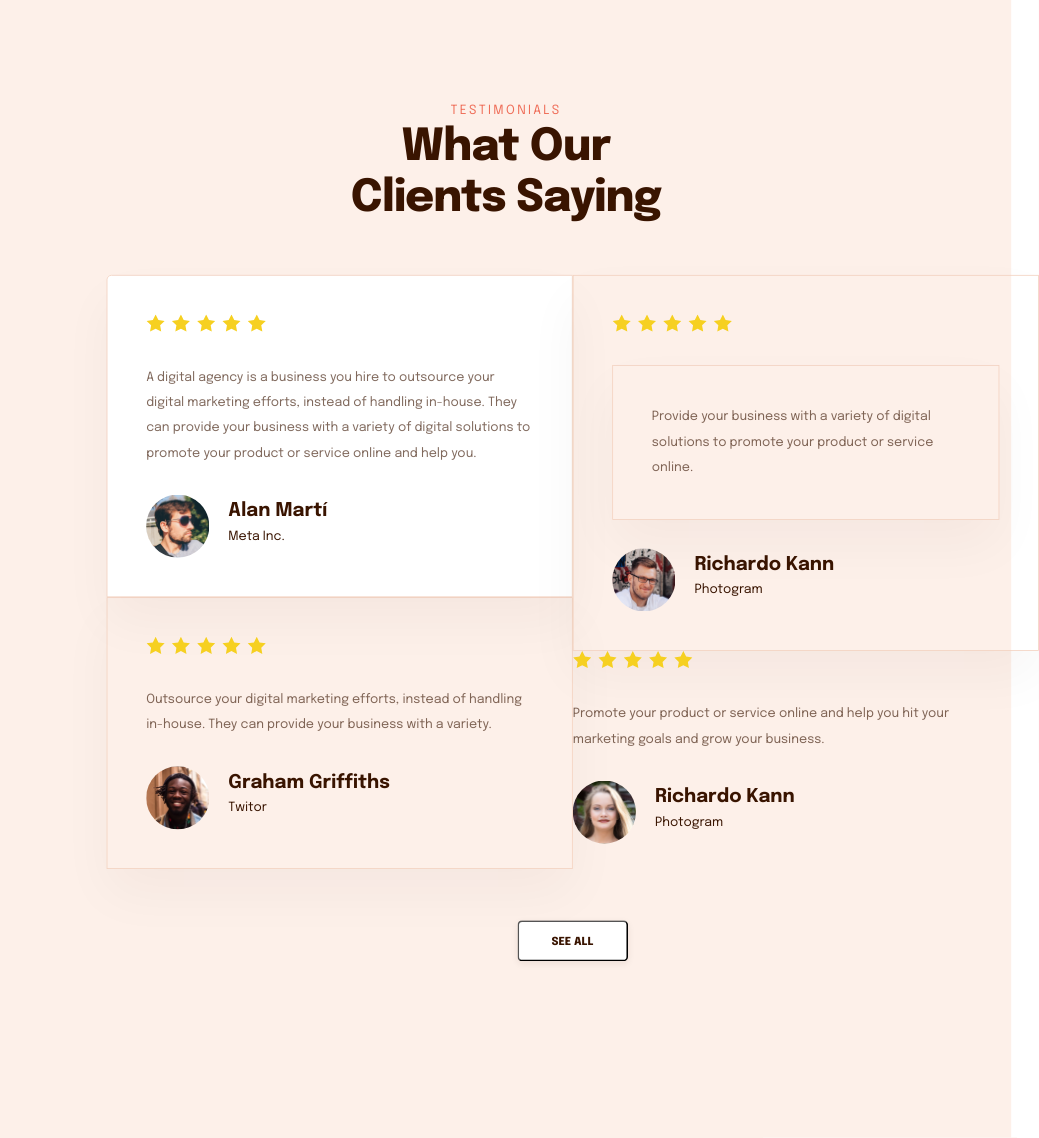
Repository: HeybetzadeQedim/task-6
Page: TESTIMONIALS/index.html
The author's editor kept a copy of each file at every save. The page is drawn from the files as they stood at one save, then again after the next save.
The browser window is 1280 px wide. The page is 1315 px wide, so the pictures cover 1315 px, including what lies to the right of the window. The pictures show the whole page, at 79% of full size.

Above is the page before, as saved 2023-10-30 16:00:41.

### TESTIMONIALS/index.html
<!DOCTYPE html>
<html lang="en">
  <head>
    <meta charset="UTF-8" />
    <meta name="viewport" content="width=device-width, initial-scale=1.0" />
    <title>Document</title>
    <link rel="stylesheet" href="./index.css" />
  </head>
  <body>
    <div>
        <div class="main-container">
            <div class="text-container">
              <h5>Testimonials</h5>
              <h1>
                What Our<br />
                Clients Saying
              </h1>
            </div>

            <div class="box-container">
              <div class="left-container">
                <div class="box-1 box">
                  <img src="images/star.svg" />
                  <p class="text-1">
                    A digital agency is a business you hire to outsource your digital
                    marketing efforts, instead of handling in-house. They can provide
                    your business with a variety of digital solutions to promote your
                    product or service online and help you.
                  </p>
                  <div class="flex-container">
                    <img src="images/Oval (2).svg" />
                    <div class="text-2">
                      <h4>Alan Martí</h4>
                      <p>Meta Inc.</p>
                    </div>
                  </div>
                </div>
                <div>
                  <div class="box-2 box">
                    <img src="images/star.svg" />
                    <p class="text-1">
                      Outsource your digital marketing efforts, instead of handling
                      in-house. They can provide your business with a variety.
                    </p>
                    <div class="flex-container">
                      <img src="images/Oval (4).svg" />
                      <div class="text-2">
                        <h4>Graham Griffiths</h4>
                        <p>Twitor</p>
                      </div>
                    </div>
                  </div>
                </div>
              </div>

              <div class="right-container">
                <div class="box-3 box">
                  <img src="images/star.svg" />
                  <p class="text-1 box">
                    Provide your business with a variety of digital solutions to
                    promote your product or service online.
                  </p>
                  <div class="flex-container">
                    <img src="images/Oval (3).svg" />
                    <div class="text-2">
                      <h4>Richardo Kann</h4>
                      <p>Photogram</p>
                    </div>
                  </div>
                </div>

              <div class="box-4">
                  <img src="images/star.svg" />
                  <p class="text-1">
                    Promote your product or service online and help you hit your
                    marketing goals and grow your business.
                  </p>
                  <div class="flex-container">
                    <img src="images/Oval (5).svg" />
                    <div class="text-2">
                      <h4>Richardo Kann</h4>
                      <p>Photogram</p>
                    </div>
                  </div>
              </div>
            </div>

          </div>

          <button>See All</button>
    </div>

  </body>
</html>

### TESTIMONIALS/index.css
@import url("https://fonts.googleapis.com/css2?family=Epilogue:wght@400;700;800&display=swap");
* {
  padding: 0;
  margin: 0;
  box-sizing: border-box;
}
.main-container {
  padding: 124px 134px 108px 135px;
  background-color: #fdf0e9;
  min-height: 200vh;
}
.main-container .text-container h5 {
  color: var(--Text_Dark_Accent, #ef6d58);
  text-align: center;
  font-feature-settings: "clig" off, "liga" off;
  font-family: Epilogue;
  font-size: 16px;
  font-style: normal;
  font-weight: 400;
  line-height: 32px;
  letter-spacing: 3px;
  text-transform: uppercase;
}
.main-container .text-container h1 {
  color: var(--Text_Dark, #391400);
  text-align: center;
  font-feature-settings: "clig" off, "liga" off;
  font-family: Epilogue;
  font-size: 56px;
  font-style: normal;
  font-weight: 800;
  line-height: 64px;
  letter-spacing: -1px;
}
.box-container {
  margin-top: 64px;
  display: flex;
}
.box-1 {
  /* height: 400px; */
  padding: 48px;
  display: inline-block;
  border-radius: 6px 0px 0px 0px;
  border: 1px solid #f3d1bf;
  background: #fff;
  box-shadow: 0px 32px 64px 0px rgba(57, 20, 0, 0.04);
}
.box-contanier .box-1 img:first-child {
  width: 152px;
  height: 24px;
}
.text-1 {
  margin-top: 36px;
  margin-bottom: 36px;
  width: 490px;
  color: var(--Text_Dark_Gray, rgba(57, 20, 0, 0.64));
  font-feature-settings: "clig" off, "liga" off;
  font-family: Epilogue;
  font-size: 16px;
  font-style: normal;
  font-weight: 400;
  line-height: 32px;
}
.flex-container {
  display: flex;
}
.flex-container img {
  width: 80px;
  height: 80px;
}
.text-2 {
  margin-left: 24px;
  margin-top: 5px;
}
.text-2 h4 {
  color: var(--Text_Dark, #391400);
  font-feature-settings: "clig" off, "liga" off;
  font-family: Epilogue;
  font-size: 24px;
  font-style: normal;
  font-weight: 700;
  line-height: 32px;
}

.box {
  padding: 49px ;
  border: 1px solid #f3d1bf;
  box-shadow: 0px 32px 64px 0px rgba(57, 20, 0, 0.04);
}
.flex-container .text-2 p {
  color: var(--Text_Dark, #391400);
  font-feature-settings: "clig" off, "liga" off;
  font-family: Epilogue;
  font-size: 16px;
  font-style: normal;
  font-weight: 400;
  line-height: 32px;
}

button {
  color: #391400;
  margin-left: 520px;
  margin-top: 65px;
  font-family: Epilogue;
  font-size: 14px;
  font-style: normal;
  font-weight: 900;
  line-height: normal;
  text-transform: uppercase;
  padding: 18px 42px 16px 41px;
  border-radius: 6px;
  background: #fff;
  box-shadow: 0px 3px 9px 0px rgba(57, 20, 0, 0.08);
}

After the next save:
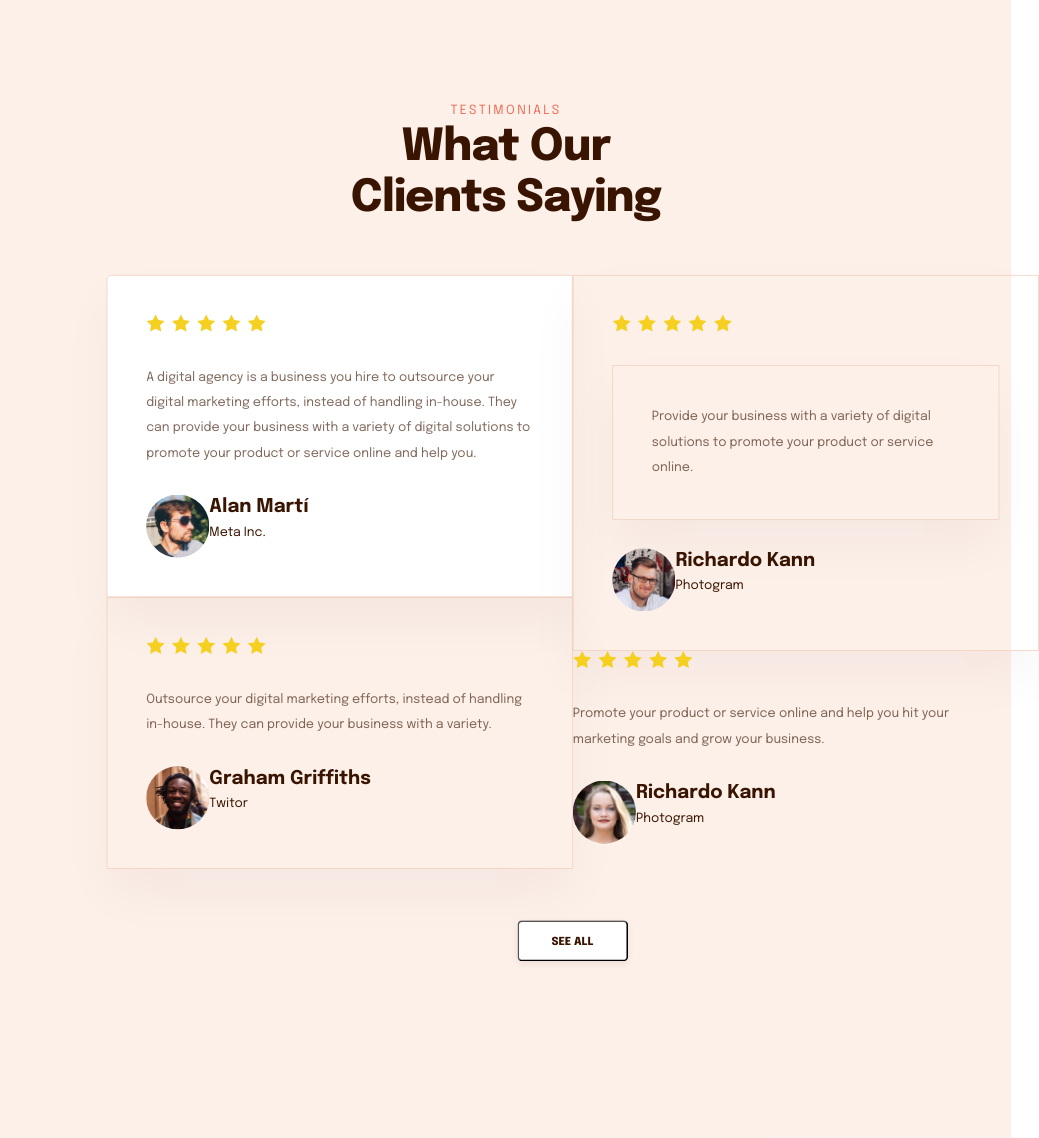
Saved 55 s later.
--- a/TESTIMONIALS/index.css
+++ b/TESTIMONIALS/index.css
@@ -69,8 +69,8 @@
   height: 80px;
 }
 .text-2 {
-  margin-left: 24px;
-  margin-top: 5px;
+  /* margin-left: 24px;
+  margin-top: 5px; */
 }
 .text-2 h4 {
   color: var(--Text_Dark, #391400);

After the save that followed:
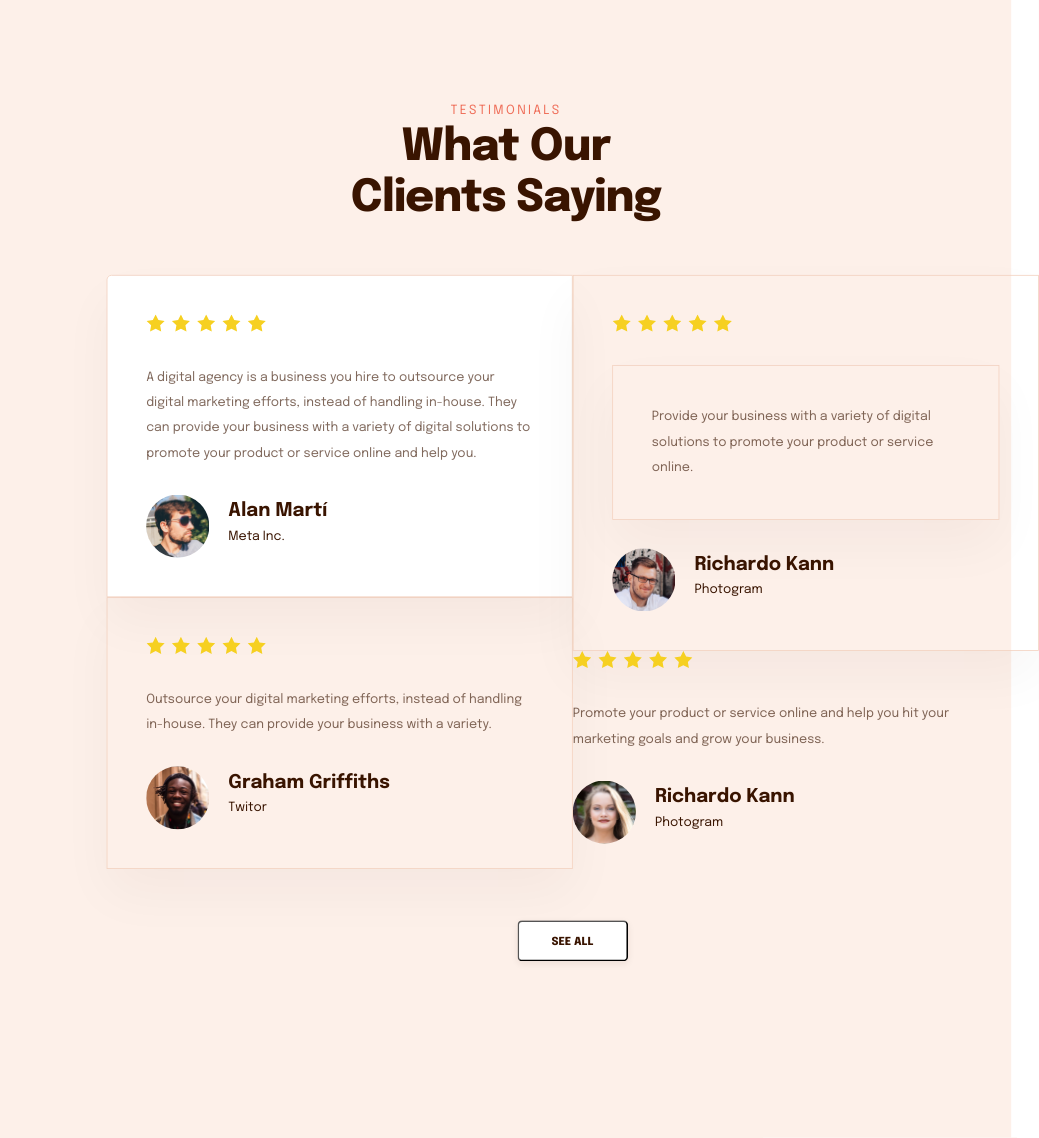
Saved 4 s later.
--- a/TESTIMONIALS/index.css
+++ b/TESTIMONIALS/index.css
@@ -69,8 +69,8 @@
   height: 80px;
 }
 .text-2 {
-  /* margin-left: 24px;
-  margin-top: 5px; */
+  margin-left: 24px;
+  margin-top: 5px;
 }
 .text-2 h4 {
   color: var(--Text_Dark, #391400);
